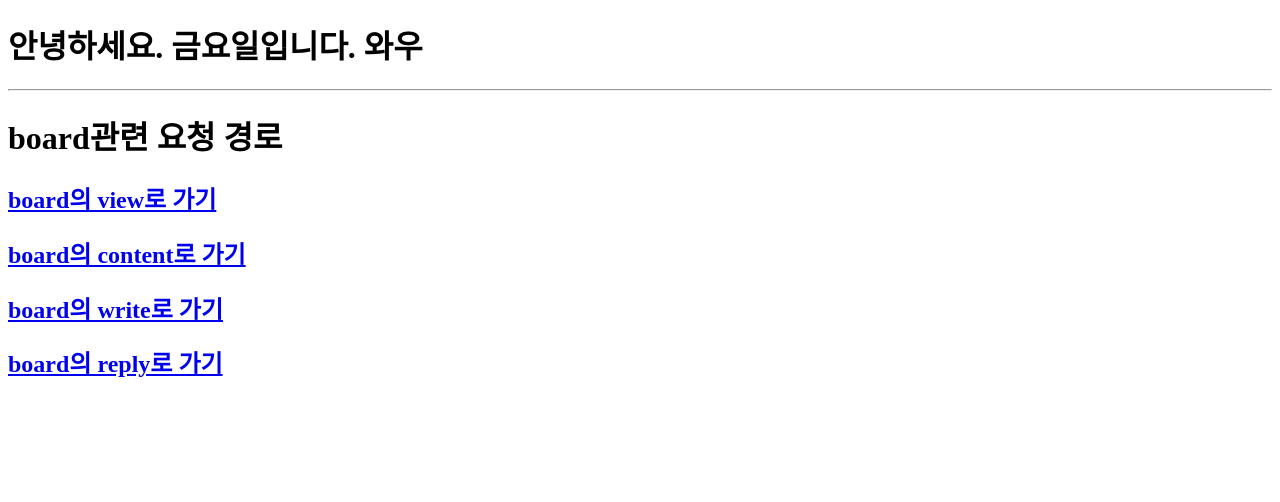
Repository: AsnemBlue/spring_Note
Page: http://localhost/ch09_controller/
These files come from the project's save history. The page is drawn as it stood at one moment and after the next save; the edit follows.
The browser window is 1280 px wide. The pictures show the whole page.
The page is served by Tomcat 9. Other server files are loaded and not shown. The template is opened directly, without the code that normally fills it, so the values that code supplies are empty.

Above is the page before, as saved 2020-03-27 07:16:57.

### ch09_controller/src/main/webapp/WEB-INF/views/main.jsp
<%@ page language="java" contentType="text/html; charset=UTF-8"
    pageEncoding="UTF-8"%>
<%@ taglib prefix="c" uri="http://java.sun.com/jsp/jstl/core" %>
<c:set var="conPath" value="${pageContext.request.contextPath }"/>
<!DOCTYPE html>
<html>
<head>
<meta charset="UTF-8">
<title>Insert title here</title>
</head>
<body>
	<h1>${greeting }</h1>
	<hr>
	<h1>board관련 요청 경로</h1>
	<h2><a href="${conPath }/board/view">board의 view로 가기</a></h2>
	<h2><a href="${conPath }/board/content">board의 content로 가기</a></h2>
	<h2><a href="${conPath }/board/write">board의 write로 가기</a></h2>
	<h2><a href="${conPath }/board/reply">board의 reply로 가기</a></h2>

</body>
</html>

After the next save:
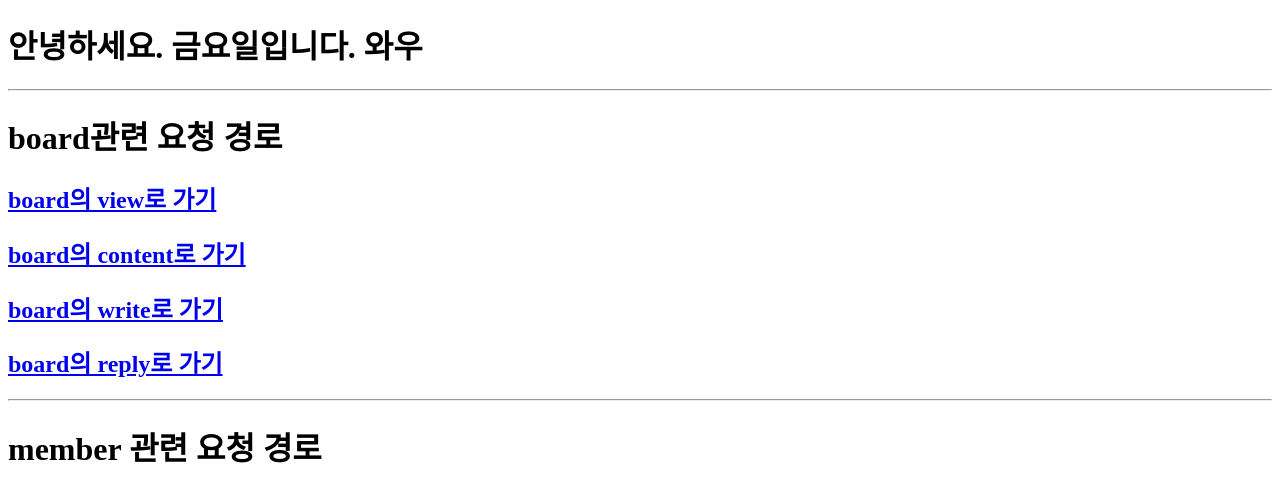
Saved 15 s later.
--- a/ch09_controller/src/main/webapp/WEB-INF/views/main.jsp
+++ b/ch09_controller/src/main/webapp/WEB-INF/views/main.jsp
@@ -16,6 +16,8 @@
 	<h2><a href="${conPath }/board/content">board의 content로 가기</a></h2>
 	<h2><a href="${conPath }/board/write">board의 write로 가기</a></h2>
 	<h2><a href="${conPath }/board/reply">board의 reply로 가기</a></h2>
+	<hr>
+	<h1>member 관련 요청 경로</h1>
 
 </body>
 </html>
